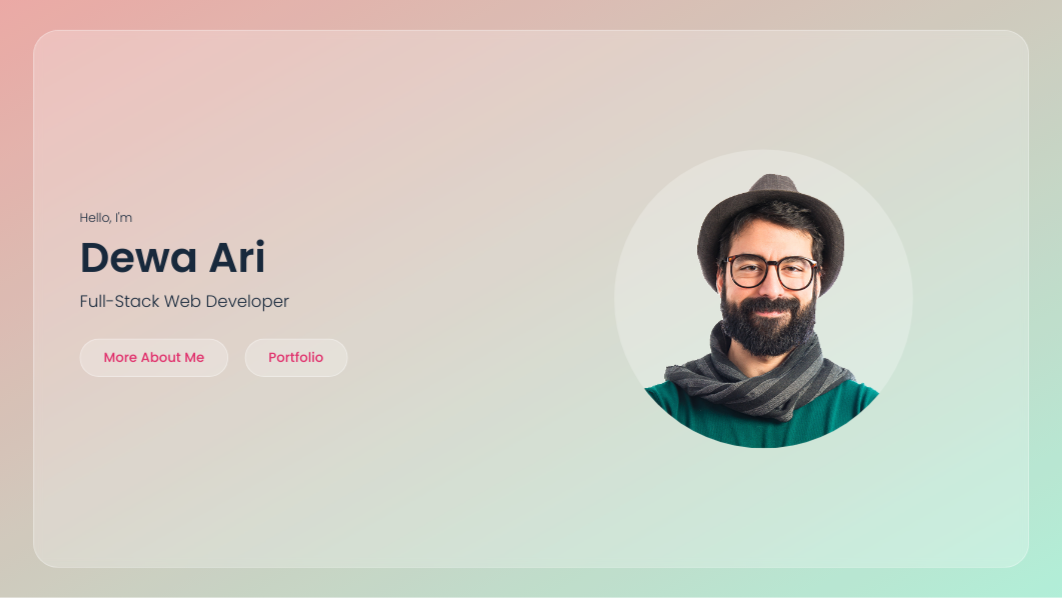
Repository: dewaary/Glassmorp-me
Page: index.html
An editor plug-in stored every save of this project. The page is shown before and after the next save, followed by the edit.
The browser window is 1280 px wide. The pictures show the whole page, at 83% of full size.

Above is the page before, as saved 2021-05-12 22:42:35.
Not found: js/script,js

After the next save:
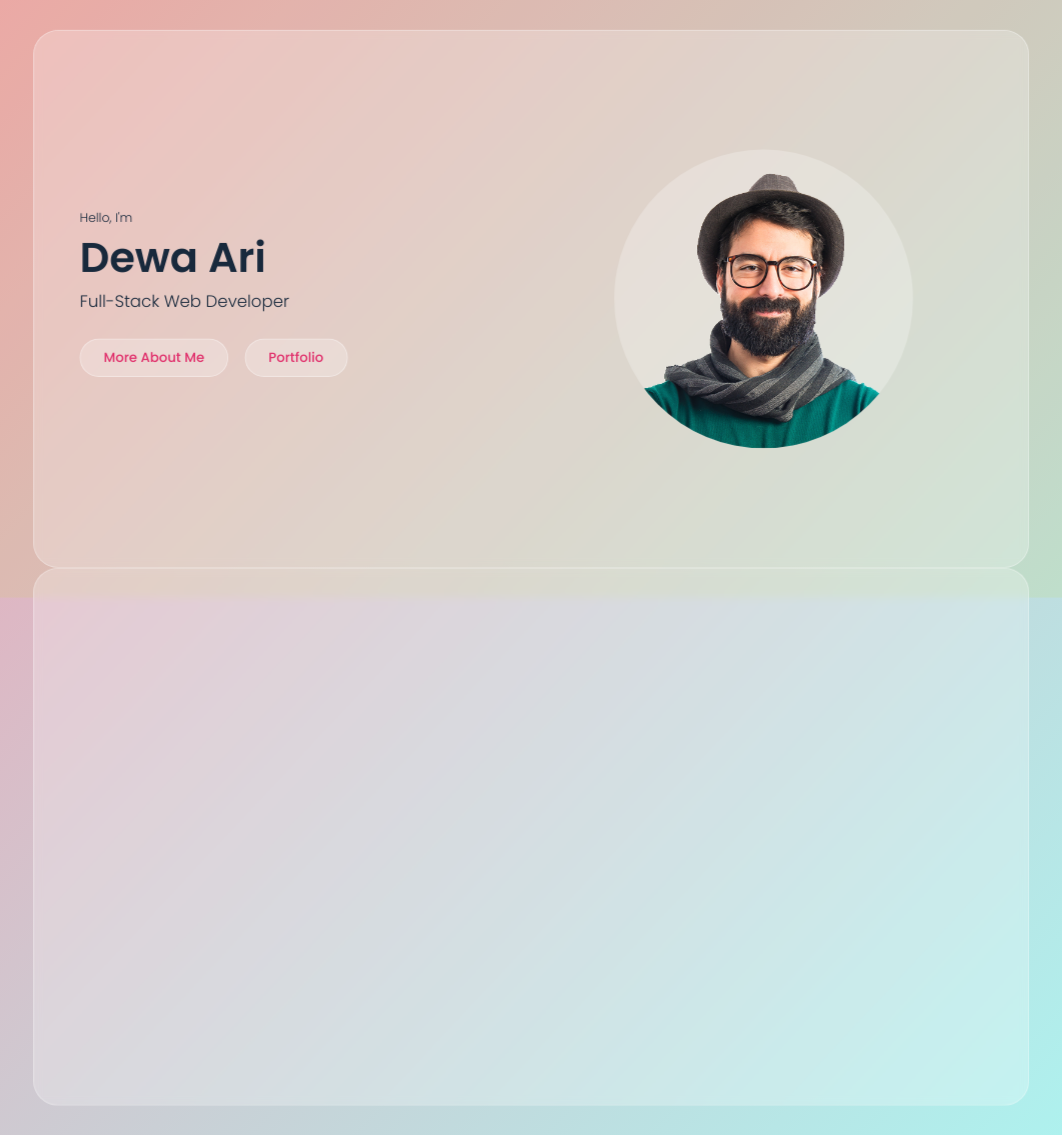
Saved 12 days later.
--- a/index.html
+++ b/index.html
@@ -29,6 +29,13 @@
                 </div>
             </div>
         </section>
+
+<!-- About Section -->
+
+        <section>
+
+        </section>
+
     </div>
     <script src="js/script,js"></script>
 </body>
